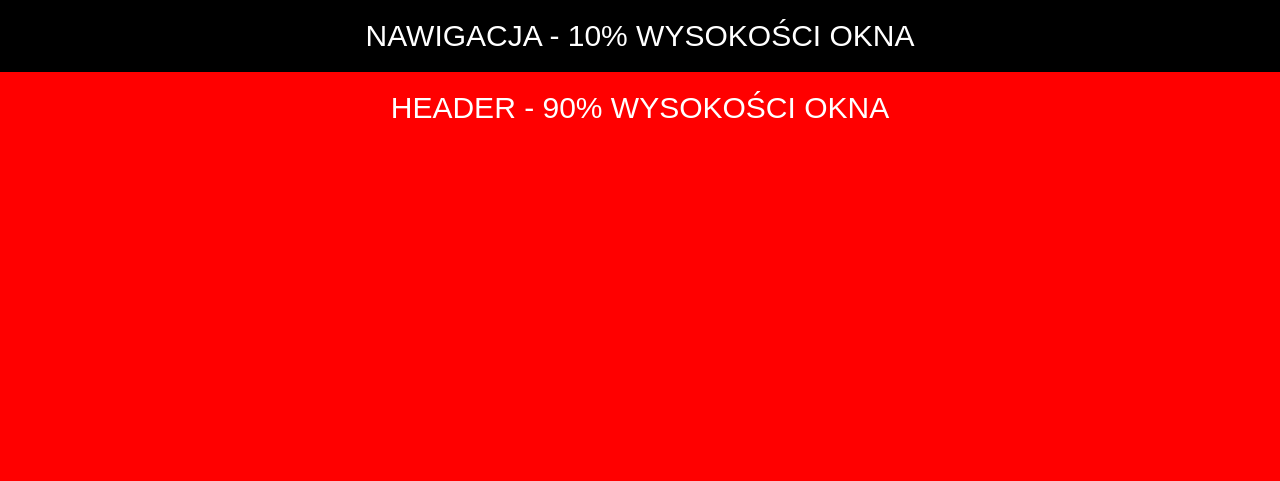
Repository: jasonj2333/advance_CSS
Page: 01-Header, Nav/start.html
An editor plug-in stored every save of this project. The page is shown before and after the next save, followed by the edit.
The browser window is 1280 px wide. The pictures show the window.
A layer covers the whole window, so only the first screen is drawn.

Above is the page before, as saved 2019-04-23 19:00:18.

After the next save:
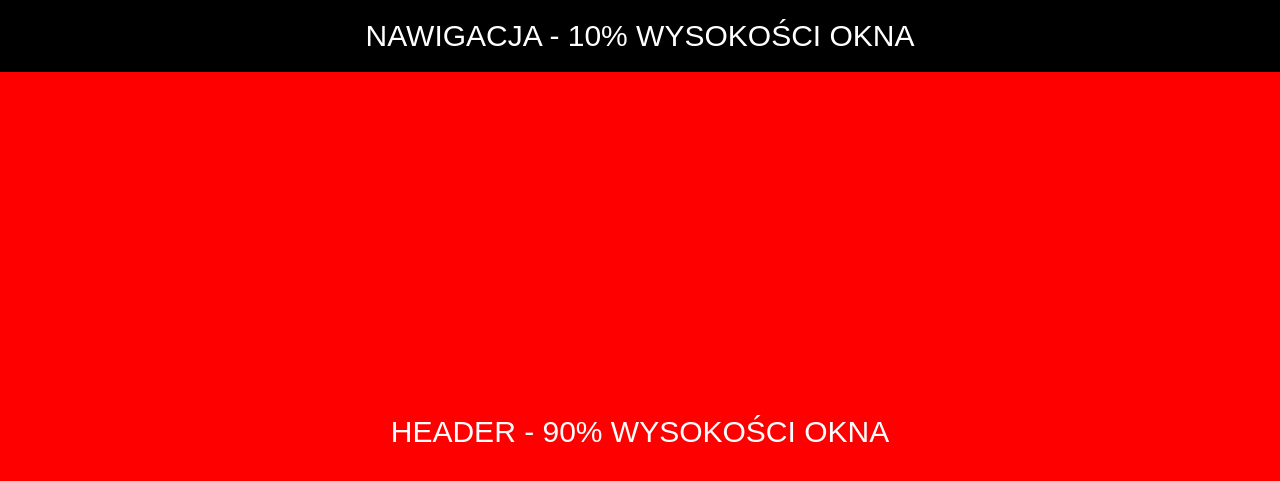
Saved 16 s later.
--- a/01-Header, Nav/start.html
+++ b/01-Header, Nav/start.html
@@ -35,7 +35,7 @@
             height: 100vh;
             width: 100%;
             top: 10vh;
-            line-height: 10vh;
+            line-height: 100vh;
         }
 
 
@@ -44,7 +44,7 @@
             top: 100vh;
             height: 200vh;
             background-image: linear-gradient(45deg, green 0%, blue 40%, violet 70%, yellow 100%);
-            line-height: 10vh;
+            line-height: 200vh;
         }
     </style>
 </head>
